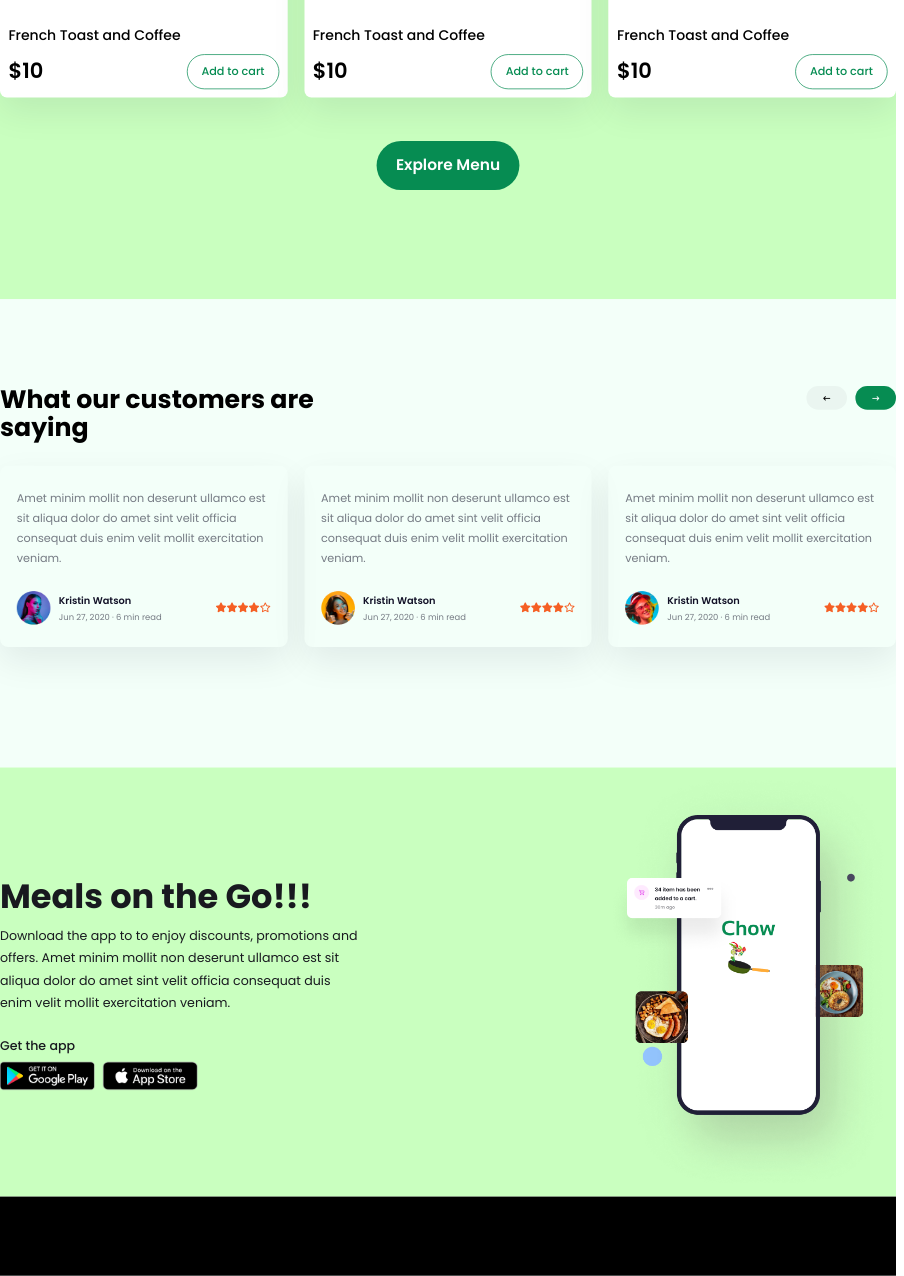
Repository: nguyennam1029/balbal
Page: index.html
The author's editor kept a copy of each file at every save. The page is drawn from the files as they stood at one save, then again after the next save.
The browser window is 1280 px wide. The page is 1292 px wide, so the pictures cover 1292 px, including what lies to the right of the window. The pictures show the part of the page from y = 2048 to 3928 px (the page is 3871 px tall before and 3928 px after), at 70% of full size.
Some web libraries are served in a nearby version.

Above is the page before, as saved 2022-07-07 01:41:44.

### index.html
<!DOCTYPE html>
<html lang="en">
  <head>
    <meta charset="UTF-8" />
    <meta http-equiv="X-UA-Compatible" content="IE=edge" />
    <meta name="viewport" content="width=device-width, initial-scale=1.0" />
    <title>Chow</title>
    <link
      rel="stylesheet"
      href="https://cdnjs.cloudflare.com/ajax/libs/font-awesome/6.1.1/css/all.min.css"
      integrity="sha512-KfkfwYDsLkIlwQp6LFnl8zNdLGxu9YAA1QvwINks4PhcElQSvqcyVLLD9aMhXd13uQjoXtEKNosOWaZqXgel0g=="
      crossorigin="anonymous"
      referrerpolicy="no-referrer"
    />
    <link rel="stylesheet" href="css/grid.css" />
    <link rel="stylesheet" href="css/style.css" />
  </head>
  <body>
    <div class="app">
      <div class="grid wide">
        <div class="menu">
          <a href="#" class="menu-left">Chow</a>
          <ul class="menu-center">
            <li class="menu-center-item">
              <a href="#" class="menu-center--link active">Home</a>
            </li>
            <li class="menu-center-item">
              <a href="#" class="menu-center--link">Menu</a>
            </li>
            <li class="menu-center-item">
              <a href="#" class="menu-center--link">About</a>
            </li>
            <li class="menu-center-item">
              <a href="#" class="menu-center--link">Resturants</a>
            </li>
            <li class="menu-center-item">
              <a href="#" class="menu-center--link">Contact</a>
            </li>
          </ul>
          <ul class="menu-right">
            <li class="menu-right-item">
              <a href="#" class="menu-right--link">
                <i class="fa-solid fa-circle-user"></i>
              </a>
            </li>
            <li class="menu-right-item">
              <a href="#" class="menu-right--link active">
                <i class="fa-solid fa-bag-shopping"></i>
                <span class="menu-right--circle"></span>
              </a>
            </li>
          </ul>
        </div>
        <div class="banner">
          <div class="row">
            <div class="col l-6 m-12 c-12">
              <div class="banner-info">
                <h1 class="banner-title">Tasty Meals made for You</h1>
                <span class="banner-des"
                  >Amet minim mollit non deserunt ullamco est sit aliqua dolor
                  do amet sint. Velit officia consequat duis enim velit mollit.
                  Exercitation veniam consequat sunt nostrud amet.</span
                >
                <a href="#" class="banner-btn"> View Menu 🍲 </a>
              </div>
            </div>
            <div class="col l-6 m-12 c-12">
              <div class="banner-img">
                <img src="images/banner1.png" alt="" />
              </div>
            </div>
          </div>
        </div>
        <div class="statistical">
          <div class="row">
            <div class="col l-3 m-6 c-12">
              <div class="statistical-item">
                <h3 class="statistical-item--title">100%</h3>
                <span class="statistical-item--des">User satisfaction</span>
              </div>
            </div>
            <div class="col l-3 m-6 c-12">
              <div class="statistical-item">
                <h3 class="statistical-item--title">150+</h3>
                <span class="statistical-item--des">Resturants</span>
              </div>
            </div>
            <div class="col l-3 m-6 c-12">
              <div class="statistical-item">
                <h3 class="statistical-item--title">24/7</h3>
                <span class="statistical-item--des">Customer support</span>
              </div>
            </div>
            <div class="col l-3 m-6 c-12">
              <div class="statistical-item">
                <h3 class="statistical-item--title">250K</h3>
                <span class="statistical-item--des">Users served</span>
              </div>
            </div>
          </div>
        </div>
      </div>
      <div class="product">
        <div class="grid wide">
          <div class="product-top">
            <div class="row">
              <div class="col l-4 m-12 c-12">
                <h3 class="product-heading">Simple Meals for You</h3>
              </div>
              <!-- <div class="col l-8 m-12 c-12"> -->
              <ul class="tab-list col l-8 m-12 c-12">
                <li class="tab-item active l-2 m-3 c-4">All</li>
                <li class="tab-item l-2 m-3 c-4">Breakfast</li>
                <li class="tab-item l-2 m-3 c-4">Lunch</li>
                <li class="tab-item l-2 m-3 c-4">Dinner</li>
                <li class="tab-item l-2 m-3 c-4">Desert</li>
                <li class="tab-item l-2 m-3 c-4">Beverage</li>
              </ul>
              <!-- </div> -->
            </div>
          </div>
          <div class="product-list">
            <div class="row">
              <div class="col l-4 m-6 c-12">
                <div class="product-item">
                  <img
                    class="product-item--img"
                    src="images/product1.png"
                    alt=""
                  />
                  <div class="product-item--rating">
                    <i class="fa-solid fa-star"></i>
                    <span>4.5</span>
                  </div>
                  <div class="product-item--content">
                    <h4 class="product-item--name">French Toast and Coffee</h4>
                    <div class="product-item--footer">
                      <span class="product-item--price">$10</span>
                      <a href="#" class="product-item--btn">Add to cart</a>
                    </div>
                  </div>
                </div>
              </div>

              <div class="col l-4 m-6 c-12">
                <div class="product-item">
                  <img
                    class="product-item--img"
                    src="images/product1.png"
                    alt=""
                  />
                  <div class="product-item--rating">
                    <i class="fa-solid fa-star"></i>
                    <span>4.5</span>
                  </div>
                  <div class="product-item--content">
                    <h4 class="product-item--name">French Toast and Coffee</h4>
                    <div class="product-item--footer">
                      <span class="product-item--price">$10</span>
                      <a href="#" class="product-item--btn">Add to cart</a>
                    </div>
                  </div>
                </div>
              </div>

              <div class="col l-4 m-6 c-12">
                <div class="product-item">
                  <img
                    class="product-item--img"
                    src="images/product1.png"
                    alt=""
                  />
                  <div class="product-item--rating">
                    <i class="fa-solid fa-star"></i>
                    <span>4.5</span>
                  </div>
                  <div class="product-item--content">
                    <h4 class="product-item--name">French Toast and Coffee</h4>
                    <div class="product-item--footer">
                      <span class="product-item--price">$10</span>
                      <a href="#" class="product-item--btn">Add to cart</a>
                    </div>
                  </div>
                </div>
              </div>

              <div class="col l-4 m-6 c-12">
                <div class="product-item">
                  <img
                    class="product-item--img"
                    src="images/product1.png"
                    alt=""
                  />
                  <div class="product-item--rating">
                    <i class="fa-solid fa-star"></i>
                    <span>4.5</span>
                  </div>
                  <div class="product-item--content">
                    <h4 class="product-item--name">French Toast and Coffee</h4>
                    <div class="product-item--footer">
                      <span class="product-item--price">$10</span>
                      <a href="#" class="product-item--btn">Add to cart</a>
                    </div>
                  </div>
                </div>
              </div>

              <div class="col l-4 m-6 c-12">
                <div class="product-item">
                  <img
                    class="product-item--img"
                    src="images/product1.png"
                    alt=""
                  />
                  <div class="product-item--rating">
                    <i class="fa-solid fa-star"></i>
                    <span>4.5</span>
                  </div>
                  <div class="product-item--content">
                    <h4 class="product-item--name">French Toast and Coffee</h4>
                    <div class="product-item--footer">
                      <span class="product-item--price">$10</span>
                      <a href="#" class="product-item--btn">Add to cart</a>
                    </div>
                  </div>
                </div>
              </div>

              <div class="col l-4 m-6 c-12">
                <div class="product-item">
                  <img
                    class="product-item--img"
                    src="images/product1.png"
                    alt=""
                  />
                  <div class="product-item--rating">
                    <i class="fa-solid fa-star"></i>
                    <span>4.5</span>
                  </div>
                  <div class="product-item--content">
                    <h4 class="product-item--name">French Toast and Coffee</h4>
                    <div class="product-item--footer">
                      <span class="product-item--price">$10</span>
                      <a href="#" class="product-item--btn">Add to cart</a>
                    </div>
                  </div>
                </div>
              </div>
            </div>
            <div class="row">
              <div class="col c-12 product-menu">
                <a href="#" class="product-menu--btn">Explore Menu</a>
              </div>
            </div>
          </div>
        </div>
      </div>

      <!-- ĐÁNH GIÁ CMT  -->
      <div class="comment">
        <div class="grid wide">
          <div class="comment-top">
            <div class="row">
              <div class="col l-5">
                <h3 class="product-heading">What our customers are saying</h3>
              </div>
              <div class="col l-2 l-o-5">
                <div class="comment-btn">

                    <i
                      class="comment-top--icon fa-solid fa-arrow-left-long"
                    ></i>


                    <i
                      class="comment-top--icon active fa-solid fa-arrow-right-long"
                    ></i>
                  </div>
                </div>
            </div>
            <div class="comment-content">
              <div class="row">
                <!-- START-ITEM  -->
                  <div class="col l-4 m-6 c-12">
                    <div class="comment-item">
                      <span class="comment-title">
                        Amet minim mollit non deserunt ullamco est sit aliqua dolor do amet sint velit officia consequat duis enim velit mollit exercitation veniam.
                      </span>
                      <div class="comment-info">
                        <div class="info-left">
                          <img src="images/cmt1.png" alt="">
                          <div class="info-left--des">
                            <h4 class="info-left--name">Kristin Watson</h4>
                            <span class="info-left--time">Jun 27, 2020 · 6 min read</span>
                          </div>
                        </div>

                          <ul class="info-right--rating">
                            <li class="info-right--icon"><i class="fa-solid fa-star"></i></li>
                            <li class="info-right--icon"><i class="fa-solid fa-star"></i></li>
                            <li class="info-right--icon"><i class="fa-solid fa-star"></i></li>
                            <li class="info-right--icon"><i class="fa-solid fa-star"></i></li>
                            <li class="info-right--icon">
                              <i class="fa-regular fa-star"></i>
                            </li>
                          </ul>

                      </div>
                    </div>
                  </div>
                <!-- END-ITEM  -->

                <!-- START-ITEM  -->
                  <div class="col l-4 m-6 c-12">
                    <div class="comment-item">
                      <span class="comment-title">
                        Amet minim mollit non deserunt ullamco est sit aliqua dolor do amet sint velit officia consequat duis enim velit mollit exercitation veniam.
                      </span>
                      <div class="comment-info">
                        <div class="info-left">
                          <img src="images/cmt2.png" alt="">
                          <div class="info-left--des">
                            <h4 class="info-left--name">Kristin Watson</h4>
                            <span class="info-left--time">Jun 27, 2020 · 6 min read</span>
                          </div>
                        </div>

                          <ul class="info-right--rating">
                            <li class="info-right--icon"><i class="fa-solid fa-star"></i></li>
                            <li class="info-right--icon"><i class="fa-solid fa-star"></i></li>
                            <li class="info-right--icon"><i class="fa-solid fa-star"></i></li>
                            <li class="info-right--icon"><i class="fa-solid fa-star"></i></li>
                            <li class="info-right--icon">
                              <i class="fa-regular fa-star"></i>
                            </li>
                          </ul>

                      </div>
                    </div>
                  </div>
                <!-- END-ITEM  -->

                <!-- START-ITEM  -->
                  <div class="col l-4 m-6 c-12">
                    <div class="comment-item">
                      <span class="comment-title">
                        Amet minim mollit non deserunt ullamco est sit aliqua dolor do amet sint velit officia consequat duis enim velit mollit exercitation veniam.
                      </span>
                      <div class="comment-info">
                        <div class="info-left">
                          <img src="images/cmt3.png" alt="">
                          <div class="info-left--des">
                            <h4 class="info-left--name">Kristin Watson</h4>
                            <span class="info-left--time">Jun 27, 2020 · 6 min read</span>
                          </div>
                        </div>

                          <ul class="info-right--rating">
                            <li class="info-right--icon"><i class="fa-solid fa-star"></i></li>
                            <li class="info-right--icon"><i class="fa-solid fa-star"></i></li>
                            <li class="info-right--icon"><i class="fa-solid fa-star"></i></li>
                            <li class="info-right--icon"><i class="fa-solid fa-star"></i></li>
                            <li class="info-right--icon">
                              <i class="fa-regular fa-star"></i>
                            </li>
                          </ul>

                      </div>
                    </div>
                  </div>
                <!-- END-ITEM  -->
              </div>
            </div>
            </div>
          </div>
        </div>
      </div>
      <!-- END ĐÁNH GIÁ CMT  -->

      <!-- TRANSPORT VẬN CHUYỂN  -->
      <div class="transport">
        <div class="grid wide">
          <div class="row transport-list">
            <div class="col l-5">
              <div class="transport-item">
                <h4 class="transport-item--title">Meals on the Go!!!</h4>
                <span class="transport-item--des">Download the app to to enjoy discounts, promotions and offers.
Amet minim mollit non deserunt ullamco est sit aliqua dolor do amet sint velit officia consequat duis enim velit mollit exercitation veniam.</span>
                <div class="getApp">
                  <span class="getApp-title">Get the app</span>
                  <div class="getApp-img">
                    <a href="#" class="getApp-img--link">
                      <img src="images/Google Play Badge.png" alt="">
                    </a>
                    <a href="#" class="getApp-img--link">
                      <img src="images/App Store Badge.png" alt="">
                    </a>
                  </div>
                </div>
            </div>
            </div>
            <div class="col l-4 l-o-3">
              <div class="transport-item">
                <img src="images/transport.png" alt="">
              </div>

            </div>
          </div>
        </div>
      </div>
      <!-- END TRANSPORT VẬN CHUYỂN  -->
      <footer>
        <div class="grid wide">
          <div class="row">
            <div class="col l-2 m-4 c-12">
              col
            </div>
            <div class="col l-2 m-4 c-12">
              col
            </div>
            <div class="col l-2 m-4 c-12">
              col
            </div>
            <div class="col l-2 m-4 c-12">
              col
            </div>
            <div class="col l-4 m-3 c-12">
              col
            </div>
          </div>
        </div>
      </footer>
    </div>
  </body>
</html>

Loaded but not shown: css/style.css (539 lines, source omitted); css/grid.css (592 lines, source omitted)

After the next save:
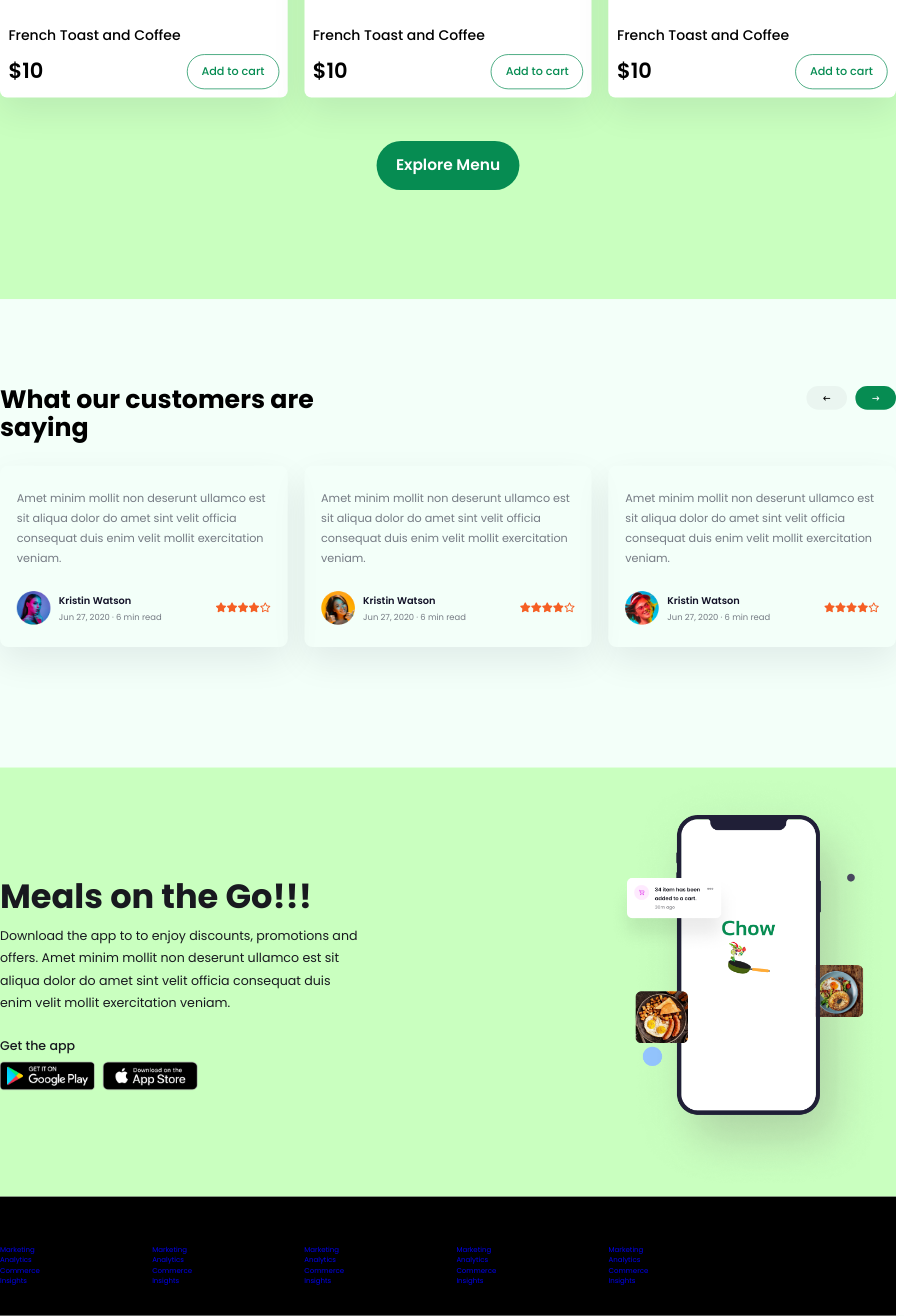
Saved 5 min 46 s later.
--- a/index.html
+++ b/index.html
@@ -413,19 +413,99 @@ Amet minim mollit non deserunt ullamco est sit aliqua dolor do amet sint velit o
         <div class="grid wide">
           <div class="row">
             <div class="col l-2 m-4 c-12">
-              col
+              <div class="footer-content">
+                <h5 class="footer-title">Solutions</h5>
+                <ul class="footer-list">
+                  <li class="footer-item">
+                    <a href="#" class="footer-link">Marketing</a>
+                  </li>
+                  <li class="footer-item">
+                    <a href="#" class="footer-link">Analytics</a>
+                  </li>
+                  <li class="footer-item">
+                    <a href="#" class="footer-link">Commerce</a>
+                  </li>
+                  <li class="footer-item">
+                    <a href="#" class="footer-link">Insights</a>
+                  </li>
+                </ul>
+              </div>
             </div>
             <div class="col l-2 m-4 c-12">
-              col
+             <div class="footer-content">
+                <h5 class="footer-title">Solutions</h5>
+                <ul class="footer-list">
+                  <li class="footer-item">
+                    <a href="#" class="footer-link">Marketing</a>
+                  </li>
+                  <li class="footer-item">
+                    <a href="#" class="footer-link">Analytics</a>
+                  </li>
+                  <li class="footer-item">
+                    <a href="#" class="footer-link">Commerce</a>
+                  </li>
+                  <li class="footer-item">
+                    <a href="#" class="footer-link">Insights</a>
+                  </li>
+                </ul>
+              </div>
             </div>
             <div class="col l-2 m-4 c-12">
-              col
+             <div class="footer-content">
+                <h5 class="footer-title">Solutions</h5>
+                <ul class="footer-list">
+                  <li class="footer-item">
+                    <a href="#" class="footer-link">Marketing</a>
+                  </li>
+                  <li class="footer-item">
+                    <a href="#" class="footer-link">Analytics</a>
+                  </li>
+                  <li class="footer-item">
+                    <a href="#" class="footer-link">Commerce</a>
+                  </li>
+                  <li class="footer-item">
+                    <a href="#" class="footer-link">Insights</a>
+                  </li>
+                </ul>
+              </div>
             </div>
             <div class="col l-2 m-4 c-12">
-              col
+             <div class="footer-content">
+                <h5 class="footer-title">Solutions</h5>
+                <ul class="footer-list">
+                  <li class="footer-item">
+                    <a href="#" class="footer-link">Marketing</a>
+                  </li>
+                  <li class="footer-item">
+                    <a href="#" class="footer-link">Analytics</a>
+                  </li>
+                  <li class="footer-item">
+                    <a href="#" class="footer-link">Commerce</a>
+                  </li>
+                  <li class="footer-item">
+                    <a href="#" class="footer-link">Insights</a>
+                  </li>
+                </ul>
+              </div>
             </div>
             <div class="col l-4 m-3 c-12">
-              col
+             <div class="footer-content">
+                <h5 class="footer-title">Solutions</h5>
+                <ul class="footer-list">
+                  <li class="footer-item">
+                    <a href="#" class="footer-link">Marketing</a>
+                  </li>
+                  <li class="footer-item">
+                    <a href="#" class="footer-link">Analytics</a>
+                  </li>
+                  <li class="footer-item">
+                    <a href="#" class="footer-link">Commerce</a>
+                  </li>
+                  <li class="footer-item">
+                    <a href="#" class="footer-link">Insights</a>
+                  </li>
+                </ul>
+              </div>
             </div>
           </div>
         </div>
